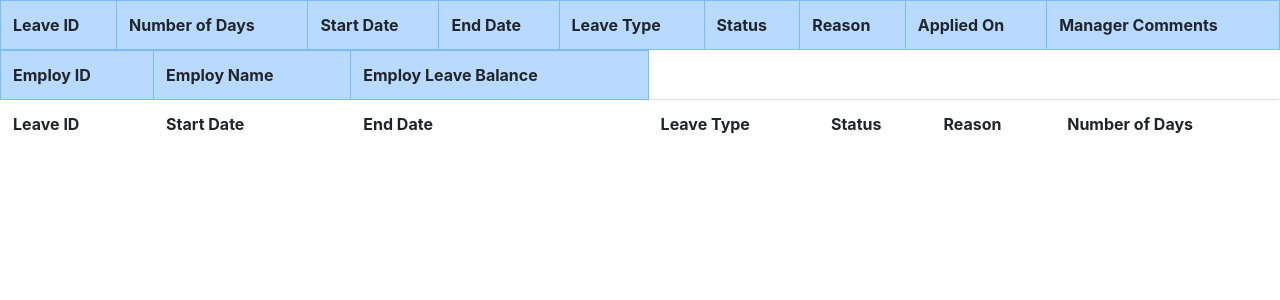
Repository: rkmr039/EMS_PROJECT
Page: http://localhost/EMS/EmpLeaves.jsp
An editor plug-in stored every save of this project. The page is shown before and after the next save, followed by the edit.
The browser window is 1280 px wide. The pictures show the whole page.
The page is served by Tomcat 9.

Above is the page before, as saved 2019-08-27 12:20:30.
Console error: TypeError: Cannot read properties of undefined (reading 'fn')

After the next save:
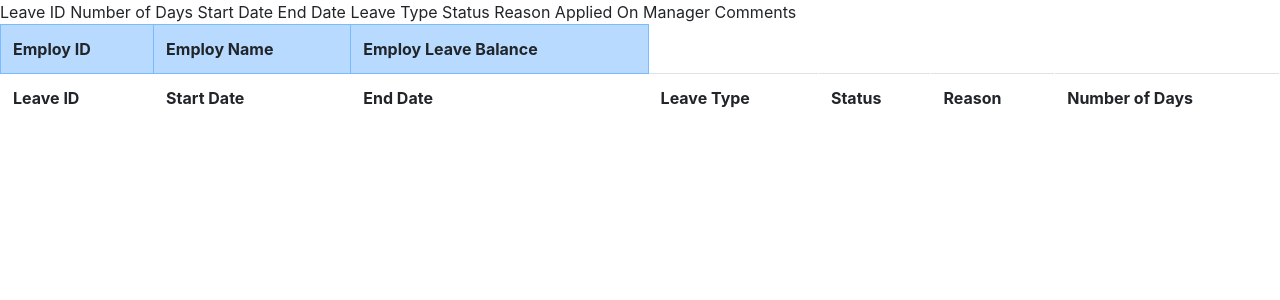
Saved 39 s later.
--- a/EMS/WebContent/EmpLeaves.jsp
+++ b/EMS/WebContent/EmpLeaves.jsp
@@ -11,8 +11,7 @@
 </head>
 <body>
 <div class="table-wrapper-scroll-y my-custom-scrollbar">
-	<table class="table table-striped mb-0" border="1" bordercolor=white>
-		<tr class="table-primary">
+		<tr class="table-primary table-striped mb-0" border="1" bordercolor=white>
 			<th>Leave ID</th>
 			<th>Number of Days</th>
 			<th>Start Date</th>
